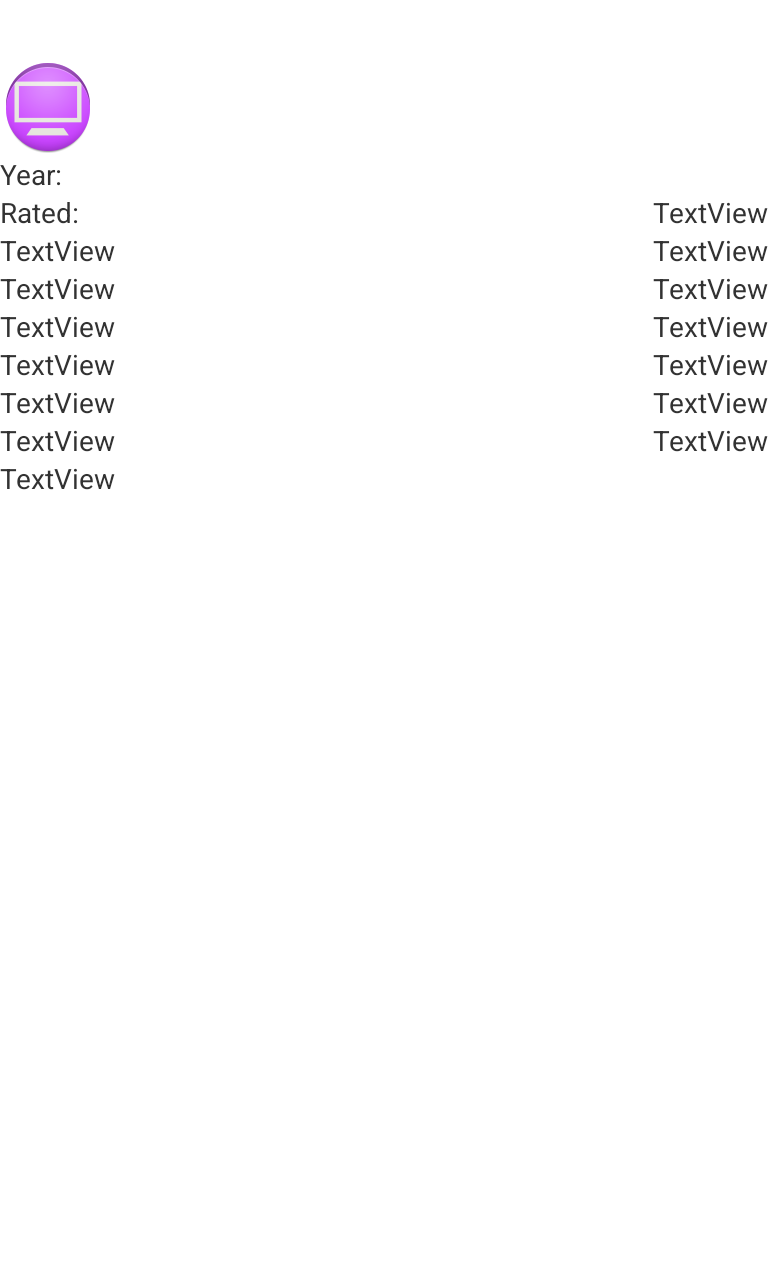
Repository: laurenelder/Java2_Elder
Layout: MovieLookup/res/layout/detail_layout.xml
These files come from the project's save history. The layout is drawn as it stood at one moment and after the next save; the edit follows.
It is drawn on a 768 x 1280 px phone screen (xhdpi) without system bars, with theme AppTheme; the app's code is not run.

Above is the layout before, as saved 2014-07-16 18:30:56.

After the next save:
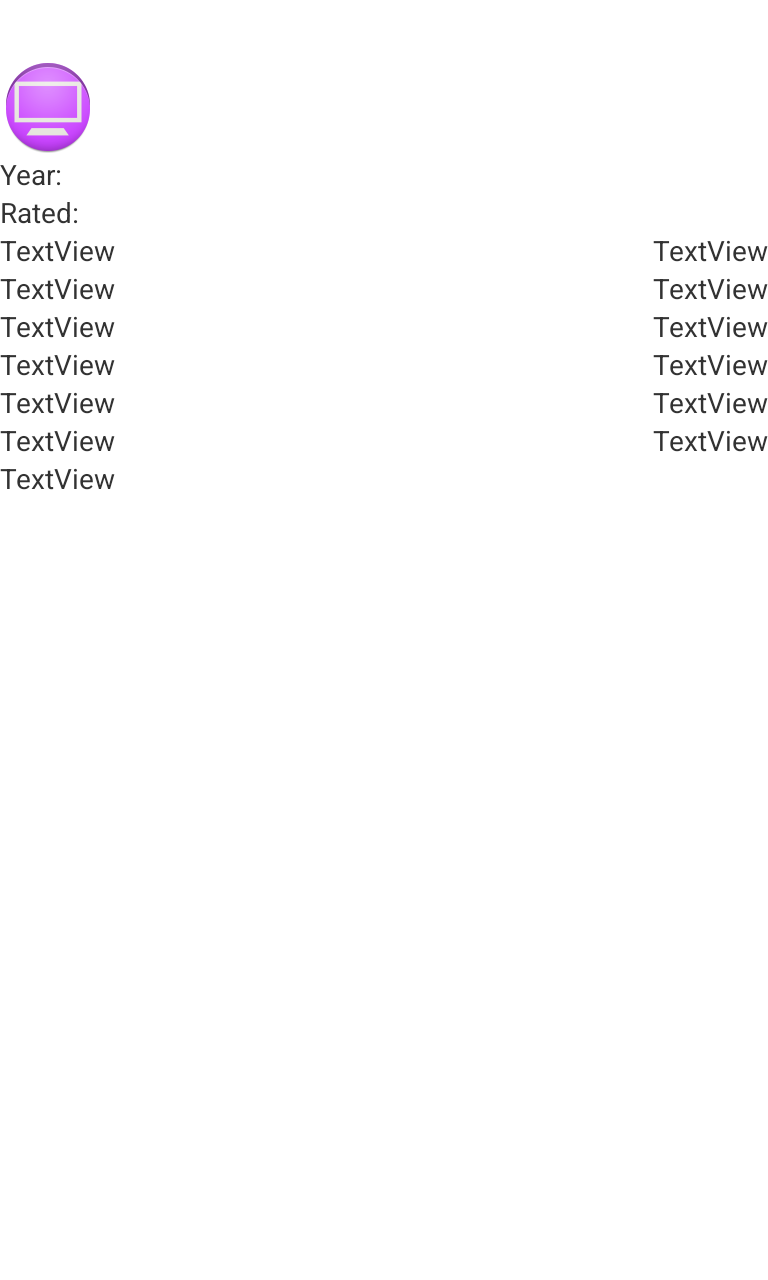
Saved 18 s later.
--- a/MovieLookup/res/layout/detail_layout.xml
+++ b/MovieLookup/res/layout/detail_layout.xml
@@ -52,12 +52,12 @@
             android:text="@string/rated_str" />
 
         <TextView
-            android:id="@+id/textView5"
-            android:layout_width="wrap_content"
-            android:layout_height="wrap_content"
-            android:layout_alignParentRight="true"
-            android:layout_alignParentTop="true"
-            android:text="TextView" />
+            android:id="@+id/movieRating"
+            android:layout_width="wrap_content"
+            android:layout_height="wrap_content"
+            android:layout_alignParentRight="true"
+            android:layout_alignParentTop="true"
+            android:text="" />
 
     </RelativeLayout>
 
